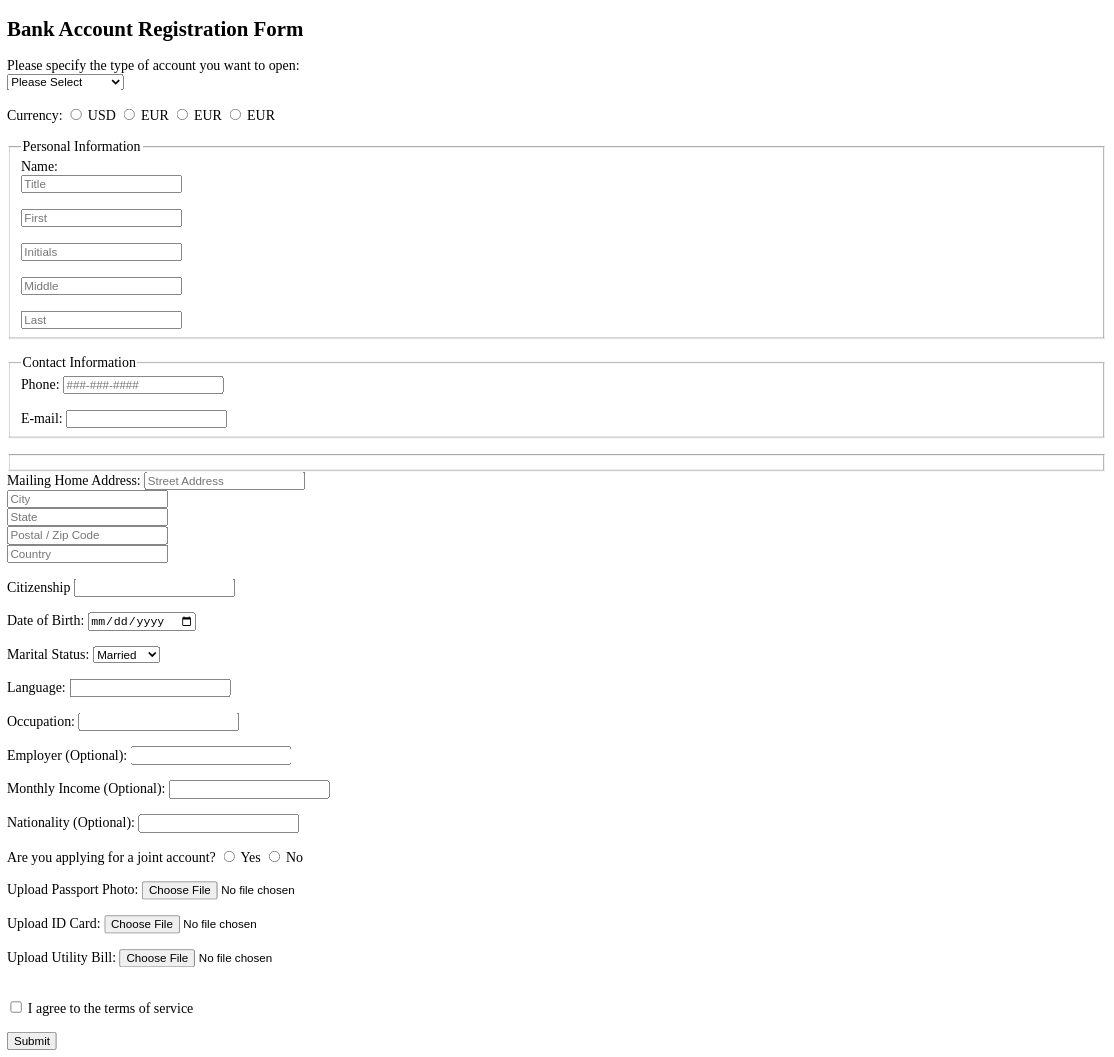
Repository: hizeetech/First-Assignment
Page: sign_up.html
The author's editor kept a copy of each file at every save. The page is drawn from the files as they stood at one save, then again after the next save.
The browser window is 1280 px wide. The pictures show the whole page, at 87% of full size.

Above is the page before, as saved 2024-11-09 03:06:38.

### sign_up.html
<!-- sign_up.html -->
<!DOCTYPE html>
<html lang="en">
<head>
    <meta charset="UTF-8">
    <meta name="viewport" content="width=device-width, initial-scale=1.0">
    <title>Bank Account Registration Form</title>

</head>
<body>

<div>
    <h2>Bank Account Registration Form</h2>
    <form action="#" method="post">

        <div>
            <label for="account-type">Please specify the type of account you want to open:</label><br>
            <select id="account-type" name="account_type" required>
                <option value="">Please Select</option>
                <option value="savings">Savings Account</option>
                <option value="current">Current Account</option>
                <option value="corporate">Corporate Account</option>
            </select>
        </div>
        <br>
        <div>
            <label>Currency:</label>
            <label><input type="radio" name="currency" value="NGN" required> USD</label>
            <label><input type="radio" name="currency" value="USD"> EUR</label>
            <label><input type="radio" name="currency" value="EUR"> EUR</label>
            <label><input type="radio" name="currency" value="POUNDS"> EUR</label>
        </div>
        <br>
        <div>
            <fieldset>
                <legend>Personal Information</legend>
            <label for="title">Name:</label>
            <div class="inline"><input type="text" id="title" name="title" placeholder="Title"></div><br>
            <div class="inline"><input type="text" name="first_name" placeholder="First" required></div><br>
            <div class="inline"><input type="text" name="initials" placeholder="Initials"></div><br>
            <div class="inline"><input type="text" name="middle_name" placeholder="Middle"></div><br>
            <input type="text" name="last_name" placeholder="Last" required><br>
            </fieldset>
        </div>
        <br>
        <div>
            <fieldset>
                <legend>Contact Information</legend>
            <label for="phone">Phone:</label>
            <input type="tel" id="phone" name="phone" placeholder="###-###-####" required>
        <br><br>
            <label for="email">E-mail:</label>
            <input type="email" id="email" name="email" required>
        </fieldset>
        </div>
        <br>
        <div>
            <fieldset></fieldset>
            <label for="address">Mailing Home Address:</label>
            <input type="text" id="address" name="address" placeholder="Street Address" required>
            <div class="inline"><input type="text" name="city" placeholder="City" required></div>
            <div class="inline"><input type="text" name="state" placeholder="State" required></div>
            <div class="inline"><input type="text" name="postal_code" placeholder="Postal / Zip Code" required></div>
            <input type="text" name="country" placeholder="Country" required>
        </div>
        <br>
        <div>
            <label for="citizenship">Citizenship</label>
            <input type="citizenship" id="citizenship" name="citizenship" required>
        </div>
        <br>
        <div>
            <label for="dob">Date of Birth:</label>
            <input type="date" id="dob" name="dob" required>
        </div>
        <br>
        <div>
            <label for="marital-status">Marital Status:</label>
            <select id="marital-status" name="marital_status" required>
                <option value="married">Married</option>
                <option value="single">Single</option>
                <option value="divorced">Divorced</option>
                <option value="widowed">Widowed</option>
            </select>
        </div>
        <br>
        <div>
            <label for="language">Language:</label>
            <input type="text" id="language" name="language" required>
        </div>
        <br>
        <div>
            <label for="occupation">Occupation:</label>
            <input type="text" id="occupation" name="occupation" required>
        </div>
        <br>
        <div>
            <label for="employer">Employer (Optional):</label>
            <input type="text" id="employer" name="employer">
        </div>
        <br>
        <div>
            <label for="income">Monthly Income (Optional):</label>
            <input type="text" id="income" name="monthly_income">
        </div>
        <br>
        <div>
            <label for="nationality">Nationality (Optional):</label>
            <input type="text" id="nationality" name="nationality">
        </div>
        <br>
        <div>
            <label>Are you applying for a joint account?</label>
            <label><input type="radio" name="joint_account" value="yes"> Yes</label>
            <label><input type="radio" name="joint_account" value="no"> No</label>
        </div>
        <br>
        <div>
            <label for="passportPhoto">Upload Passport Photo:</label>
            <input type="file" id="passportPhoto" name="passportPhoto" accept="image/*" required><br><br>

            <label for="idCard">Upload ID Card:</label>
            <input type="file" id="idCard" name="idCard" accept="image/*" required><br><br>

            <label for="utilityBill">Upload Utility Bill:</label>
            <input type="file" id="utilityBill" name="utilityBill" accept="image/*" required><br><br>
        </div>
        <br>
        <div>
            <input type="checkbox" id="terms" name="terms" required>
            <label for="terms">I agree to the terms of service</a></label>
        </div>
        <br>
        <button type="submit" class="submit-btn">Submit</button>
    </form>
</div>

</body>
</html>

After the next save:
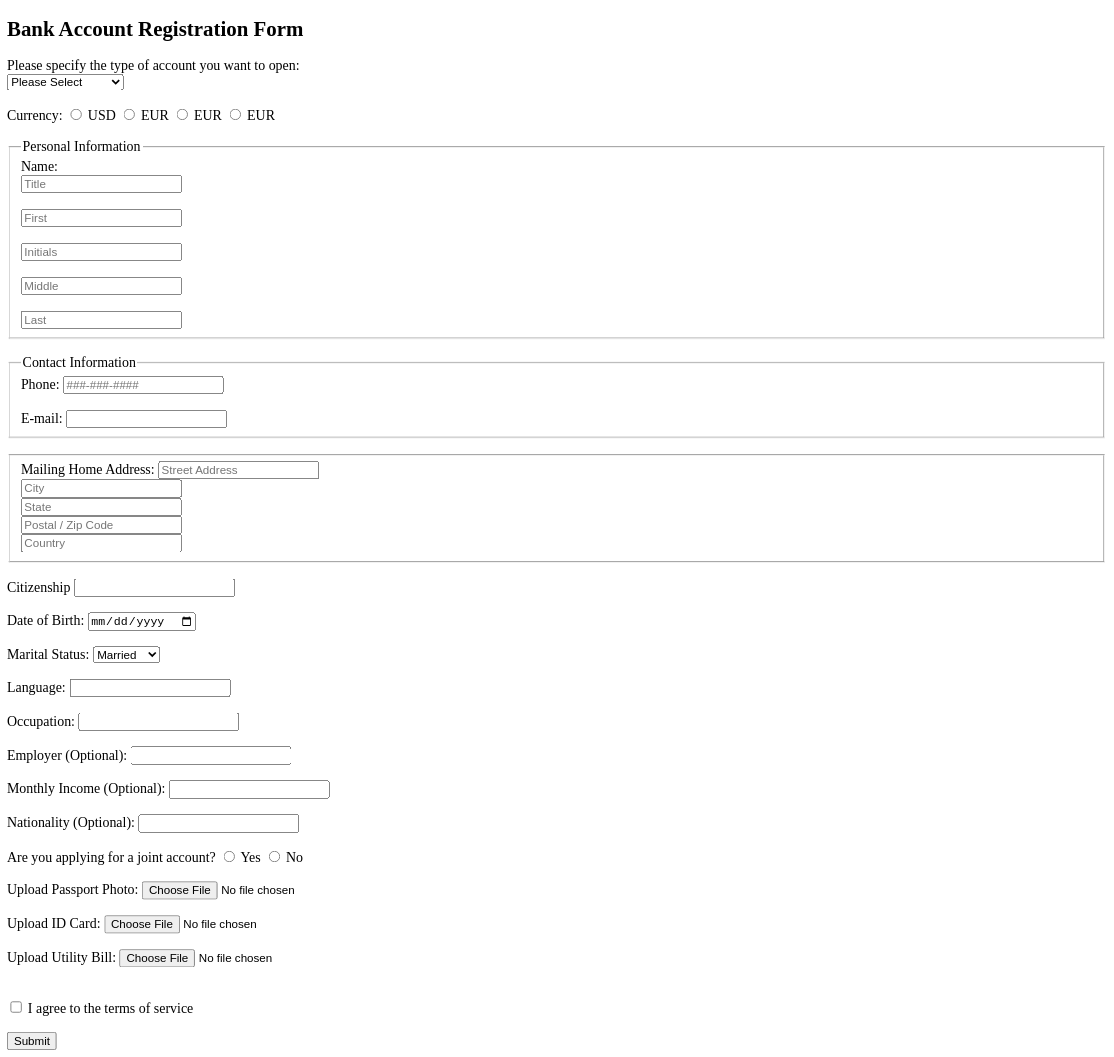
Saved 4 s later.
--- a/sign_up.html
+++ b/sign_up.html
@@ -55,7 +55,7 @@
         </div>
         <br>
         <div>
-            <fieldset></fieldset>
+            <fieldset>
             <label for="address">Mailing Home Address:</label>
             <input type="text" id="address" name="address" placeholder="Street Address" required>
             <div class="inline"><input type="text" name="city" placeholder="City" required></div>
